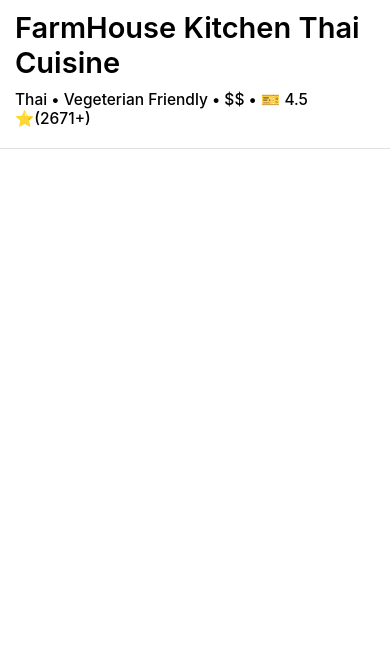
Repository: remydev47/ubereats-frontend
Screen: /RestaurantDetails
These files come from the project's save history. The screen is drawn as it stood at one moment and after the next save; the edit follows.
The pictures show rows 180 to 844 of an output 844 px tall.
The app was drawn by React Native's web renderer in a window 390 px wide. The project was rebuilt for these pictures with package versions that can differ from the ones it lists, and the page was loaded fresh each time. Also part of the build but not shown: components/Home/HeaderTabs.js, components/Home/SearchBar.js, components/Home/Categories.js, components/Home/RestaurantItems.js, components/Home/BottomTabs.js, Screens/Home.js.

Above is the screen before, as saved 2022-05-29 23:30:42.

### App.js
import { StatusBar } from 'expo-status-bar';
import { StyleSheet, Text, View } from 'react-native';
import Home from './Screens/Home';
import RestaurantDetails from './Screens/RestaurantDetails';

export default function App() {
  return (
    <View >
      {/* <Home />  */}
      <RestaurantDetails />
     <StatusBar style="auto" />
    </View>
  );
}

### Screens/RestaurantDetails.js
import { View, Text, Image, FlatList, StyleSheet } from 'react-native'
import React from 'react'
import restaurants from '../assets/data/restaurants.json';
import About from '../components/restaurantDetails/About';
import { Divider } from 'react-native-elements';



 const RestaurantDetails = () => {
  return (
    <View >
      {/* <Image
       source={{uri: restaurant.image}}
       style={styles.image}
      /> */}
     <About />
     <Divider width={1.8} style={{ marginVertical: 20 }} />
    </View>
  )
}

const styles = StyleSheet.create({
    page: {
        flex: 1,
    },
    image: {
        width: '100%',
        aspectRatio: 4/3,
    },
    title: {
        fontSize: 14,
        fontWeight: 'bold',
    }
});

export default RestaurantDetails;

### assets/data/restaurants.json
[{
  "id": "1",
  "name": "El Cabo Coffe Bar Tres De Mayo",
  "deliveryFee": 1.40,
  "minDeliveryTime": 25,
  "maxDeliveryTime": 35,
  "rating": 4.0,
  "image": "https://notjustdev-dummy.s3.us-east-2.amazonaws.com/uber-eats/restaurant1.jpeg",
  "dishes": [
    {
      "name": "Cheese Tequeños",
      "description": "6 pieces of chese with sauce.",
      "price": 6.90,
      "image": "https://notjustdev-dummy.s3.us-east-2.amazonaws.com/uber-eats/restaurant2.jpeg"
    },
    {
      "name": "Hamburger La Super Cabo Burger",
      "description": "Double meat, gouda cheese, cheddar cheese, cooked ham, bacon, egg, salad and rustic potatoes.",
      "price": 8.90,
      "image": "https://notjustdev-dummy.s3.us-east-2.amazonaws.com/uber-eats/restaurant3.jpeg"
    },
    {
      "name": "U.S.A. Burger",
      "description": "Beef, gouda cheese, cheddar cheese, cooked ham, bacon, egg and salad.",
      "price": 5.40
    },
    {
      "name": "Slices of Llanero Cheese",
      "description": "Ripe plantain with cheese and palm honey.",
      "price": 5.90
    },
    {
      "name": "Papas Locas El Cabo",
      "description": "French fries with shredded chicken, gouda cheese and ham.",
      "price": 7.90
    }
  ]
}, {
  "id": "2",
  "name": "Tony Roma's - C.C. Meridiano",
  "deliveryFee": 0.40,
  "minDeliveryTime": 25,
  "maxDeliveryTime": 35,
  "rating": 4.7,
  "image": "https://notjustdev-dummy.s3.us-east-2.amazonaws.com/uber-eats/restaurant2.jpeg",
  "dishes": [
    {
      "name": "Cajun Ribs",
      "description": "For lovers of a spicy touch. Ribs bathed in our Original sauce accompanied by Cajun spices. Served with French fries and coleslaw.",
      "price": 18.95
    },
    {
      "name": "The Original Baby Backs",
      "description": "The house specialty. Pork ribs cooked on the barbecue and marinated with our original barbecue sauce. Served with French fries and coleslaw.",
      "price": 19.95
    },
    {
      "name": "Carolina Honey",
      "description": "Our famous ribs marinated with our Carolina honey sauce, a mixture of honey with our original sauce. Ideal for those looking for a sweet touch. Served with French fries and coleslaw.",
      "price": 18.95,
      "image": "https://notjustdev-dummy.s3.us-east-2.amazonaws.com/uber-eats/restaurant2.jpeg"
    },
    {
      "name": "Onion Rings",
      "description": "Los tradicionales aros de cebolla de tony romas dorados, crujientes y ligeros. Únicos en el mundo, acompañados de salsa BBQ.",
      "price": 6.95
    },
    {
      "name": "Nachos Tony Roma's",
      "description": "The best selling nachos! with our blend of melted cheeses, accompanied by guacamole, crispy bacon, ranch beans, and sour cream.",
      "price": 10.95
    }
  ]
}, {
  "id": "3",
  "name": "Brothers Barbecue",
  "deliveryFee": 1.40,
  "minDeliveryTime": 20,
  "maxDeliveryTime": 30,
  "rating": 4.3,
  "image": "https://notjustdev-dummy.s3.us-east-2.amazonaws.com/uber-eats/restaurant3.jpeg",
  "dishes": [
    {
      "name": "Burger Mustang",
      "description": "Homemade bread, burger sauce, lettuce, sweet and sour pickle, bacon, cheddar and BBQ sauce. Beef 180 grams.",
      "price": 5.90
    },
    {
      "name": "Alabama bread",
      "description": "Artisan bread, butter sauce, garlic, BBQ chicken and cheddar.",
      "price": 3.00
    },
    {
      "name": "New York Burger",
      "description": "Homemade bread, lettuce, burger sauce, 180 grams of beef, goat cheese and roasted apple.",
      "price": 5.90
    },
    {
      "name": "Mac & Cheese Burger",
      "description": "Homemade bread, lettuce, burger sauce, 180 grams of beef, mac and cheese, and American-style bacon.",
      "price": 5.90
    },
    {
      "name": "Nachos Brothers",
      "description": "Nachos, guacamole, cheddar sauce, beans, bacon, and cream cheese.",
      "price": 5.20
    }
  ]
}, {
  "id": "4",
  "name": "Hamburguesa Nostra La Salle",
  "deliveryFee": 0.90,
  "minDeliveryTime": 30,
  "maxDeliveryTime": 40,
  "rating": 4.5,
  "image": "https://notjustdev-dummy.s3.us-east-2.amazonaws.com/uber-eats/restaurant4.jpeg",
  "dishes": [
    {
      "name": "English burger",
      "description": "Beef with bacon, portobello mushrooms, tomato, cheddar cheese, grilled egg and our smoked sauce.",
      "price": 14.90
    },
    {
      "name": "Mexican Burger",
      "description": "Beef, with pico de gallo, veggie chili, cheddar cheese, guacamole and smoked sauce.",
      "price": 14.90
    },
    {
      "name": "Tequeños",
      "description": "Crispy sticks filled with melted cheese accompanied by tomato chutney.",
      "price": 9.90
    },
    {
      "name": "Starters Combo",
      "description": "Tequeños, crispy onion and chicken delicacies.",
      "price": 13.90
    },
    {
      "name": "Cesar Salad",
      "description": "Green sprouts, pieces of grilled bacon, chicken delicacies, grated Parmesan, muffin croutons and fried onion confetti dressed with Caesar sauce.",
      "price": 10.50
    }
  ]
}]

### components/restaurantDetails/About.js
import { View, Text, Image } from 'react-native'
import React from 'react'

const image = "https://notjustdev-dummy.s3.us-east-2.amazonaws.com/uber-eats/restaurant2.jpeg";

const title = "FarmHouse Kitchen Thai Cuisine"

const detail = "Thai • Vegeterian Friendly • $$ • 🎫 4.5 ⭐(2671+)"

const description = "For lovers of a spicy touch. Ribs bathed in our Original sauce accompanied by Cajun spices. Served with French fries and coleslaw."


export default function About() {
  return (
    <View>
      <RestaurantImage image={image}/>
      <RestaurantTitle title={title}/>
      <Restaurantdetails details={detail}/>
      {/* <RestaurantDescription description={description} /> */}
    </View>
  )
}

const RestaurantImage = (props) => {
  return (
    <View>
      <Image
        source={{uri: props.image}}
        style={{width: '100%', height: 180}}
      />
    </View>
  )
}

const RestaurantTitle = (props) => {
  return (
    <View>
      <Text style={{fontSize: 29, fontWeight: '600', marginTop: 10, marginHorizontal: 15,}}>
        {props.title}
      </Text>
    </View>
  )
}
const Restaurantdetails = (props) => {
  return(
    <Text style={{fontSize: 15.5, fontWeight: '500', marginTop: 10, marginHorizontal: 15,}}>
      {props.details}
    </Text>
  )
}

const RestaurantDescription = (props) => {
  return (
    <View>
      <Text style={{fontSize: 17, marginTop: 10, marginHorizontal: 15,}}>
        {props.description}
      </Text>
    </View>
  )
}

### components/restaurantDetails/MenuItems.js
import { View, Text, StyleSheet } from 'react-native'
import React from 'react'

const foods = [
    {
        "image": "https://notjustdev-dummy.s3.us-east-2.amazonaws.com/uber-eats/restaurant2.jpeg",
        "title": "Cajun Ribs",
        "description": "For lovers of a spicy touch. Ribs bathed in our Original sauce accompanied by Cajun spices. Served with French fries and coleslaw.",
        "price": 18.95
    },
    {
      "image": "https://notjustdev-dummy.s3.us-east-2.amazonaws.com/uber-eats/restaurant3.jpeg",
      "title": "Papas Locas El Cabo",
      "description": "French fries with shredded chicken, gouda cheese and ham.",
      "price": 7.90
    },
    {
      "image": "https://notjustdev-dummy.s3.us-east-2.amazonaws.com/uber-eats/restaurant4.jpeg",
      "title": "Onion Rings",
      "description": "Los tradicionales aros de cebolla de tony romas dorados, crujientes y ligeros. Únicos en el mundo, acompañados de salsa BBQ.",
      "price": 6.95
    },
    {
        "image": "https://encrypted-tbn0.gstatic.com/images?q=tbn:ANd9GcRrv_Xp8ubtMYcRQeuBgDUjlkokFDfczLpULp08CMKd8FEnempprkZ5RwZIi1guLiAxHgQ&usqp=CAU",
        "title": "Burger Mustang",
        "description": "Homemade bread, burger sauce, lettuce, sweet and sour pickle, bacon, cheddar and BBQ sauce. Beef 180 grams.",
        "price": 5.90
    },
    {
      "image": "https://daintfood.com/wp-content/uploads/2022/03/p2.jpg",
      "title": "Alabama bread",
      "description": "Artisan bread, butter sauce, garlic, BBQ chicken and cheddar.",
      "price": 3.00
    }

];

const styles = StyleSheet.create({
    menuItemStyle:{
        flexDirection: 'row',
        justifyContent: 'space-between',
        margin: 20,
    }
})

export default function MenuItems() {
  return (
    <View>
      {/* <FoodInfo food={foods[0]}/> */}
      {/* <FoodImage food={foods[0]}/> */}
    </View>
  )
}

const FoodInfo = (props) => {
    return(
       <View>
           <Text>{props.food.title}</Text>
           <Text>{props.food.description}</Text>
           <Text>{props.food.price}</Text>
       </View>
    )
}

After the next save:
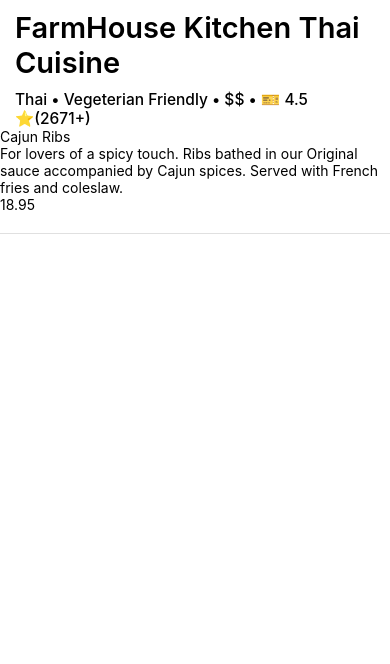
Saved 86 s later.
--- a/Screens/RestaurantDetails.js
+++ b/Screens/RestaurantDetails.js
@@ -3,6 +3,7 @@
 import restaurants from '../assets/data/restaurants.json';
 import About from '../components/restaurantDetails/About';
 import { Divider } from 'react-native-elements';
+import MenuItems from '../components/restaurantDetails/MenuItems';
 
 
 
@@ -14,6 +15,7 @@
        style={styles.image}
       /> */}
      <About />
+     <MenuItems />
      <Divider width={1.8} style={{ marginVertical: 20 }} />
     </View>
   )
--- a/components/restaurantDetails/MenuItems.js
+++ b/components/restaurantDetails/MenuItems.js
@@ -46,7 +46,7 @@
 export default function MenuItems() {
   return (
     <View>
-      {/* <FoodInfo food={foods[0]}/> */}
+       <FoodInfo food={foods[0]}/>
       {/* <FoodImage food={foods[0]}/> */}
     </View>
   )
